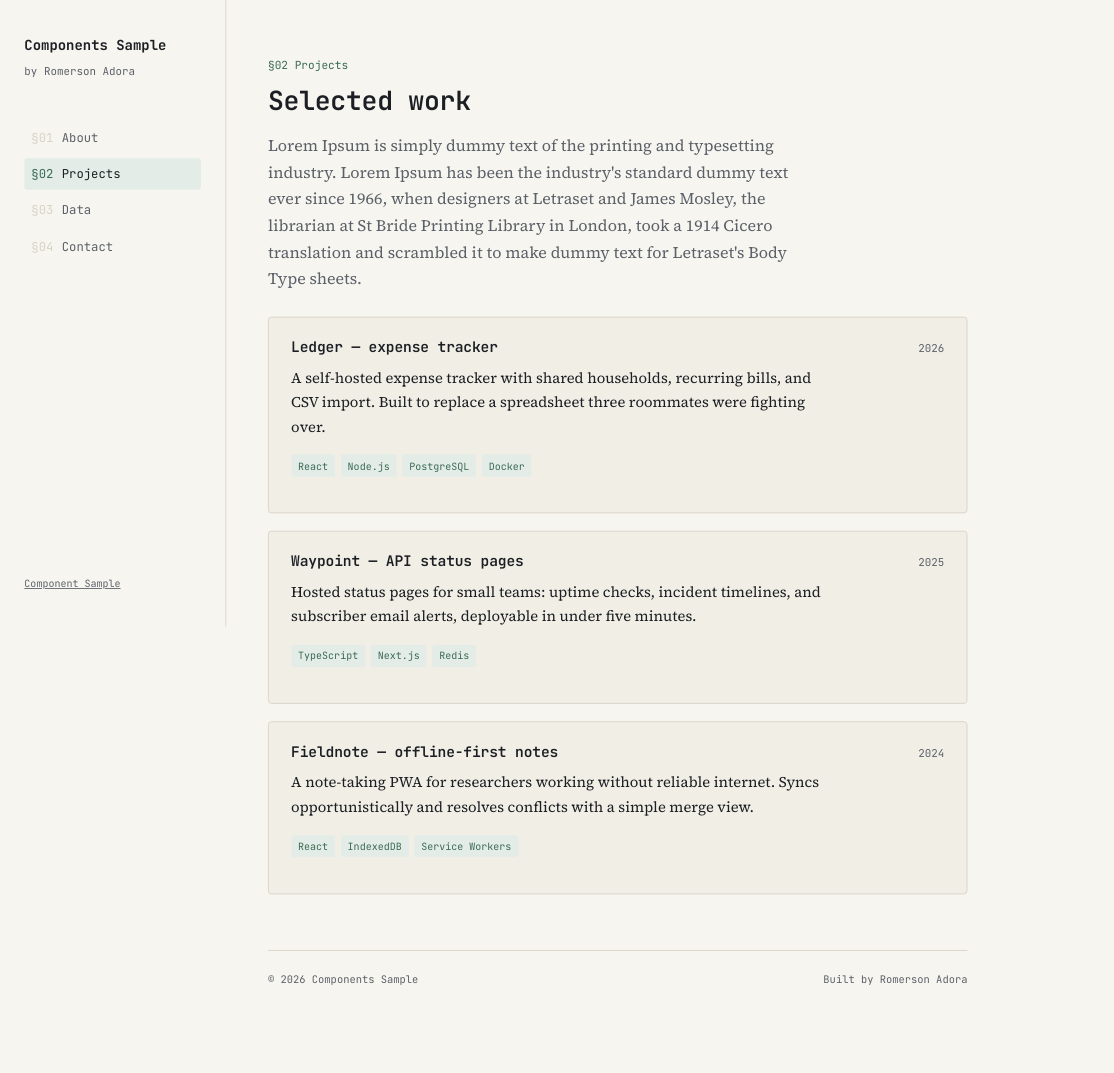
Repository: rsondev/Components-Project
Page: /projects
These files come from the project's save history. The page is drawn as it stood at one moment and after the next save; the edit follows.
The browser window is 1280 px wide. The pictures show the whole page, at 87% of full size.
The project was rebuilt for these pictures with package versions that can differ from the ones it lists, and the page was loaded fresh each time. Also part of the build but not shown: vite.config.js, src/components/Button.jsx, src/pages/Home.jsx, src/components/DataStats.jsx, src/data/skills.js, src/pages/Data.jsx, src/components/ContactForm.jsx, src/pages/Contact.jsx.

Above is the page before, as saved 2026-09-12 13:24:59.

After the next save:
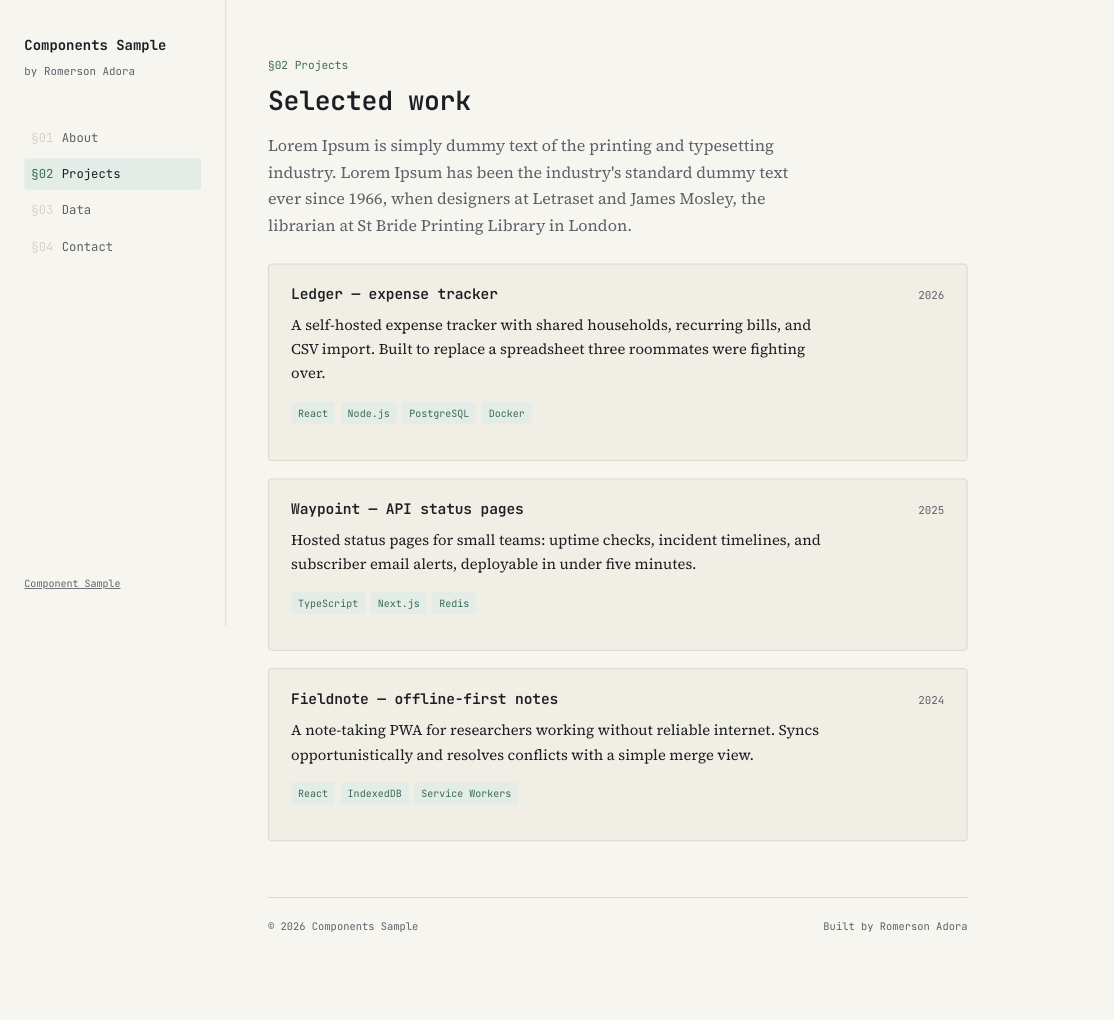
Saved 10 s later.
--- a/src/pages/Projects.jsx
+++ b/src/pages/Projects.jsx
@@ -11,8 +11,7 @@ export default function Projects() {
       <h1 className="page-title">Selected work</h1>
       <p className="page-lede">
         Lorem Ipsum is simply dummy text of the printing and typesetting industry. Lorem Ipsum has been the industry's standard dummy
-        text ever since 1966, when designers at Letraset and James Mosley, the librarian at St Bride Printing Library in London,
-        took a 1914 Cicero translation and scrambled it to make dummy text for Letraset's Body Type sheets.
+        text ever since 1966, when designers at Letraset and James Mosley, the librarian at St Bride Printing Library in London.
       </p>
 
 
